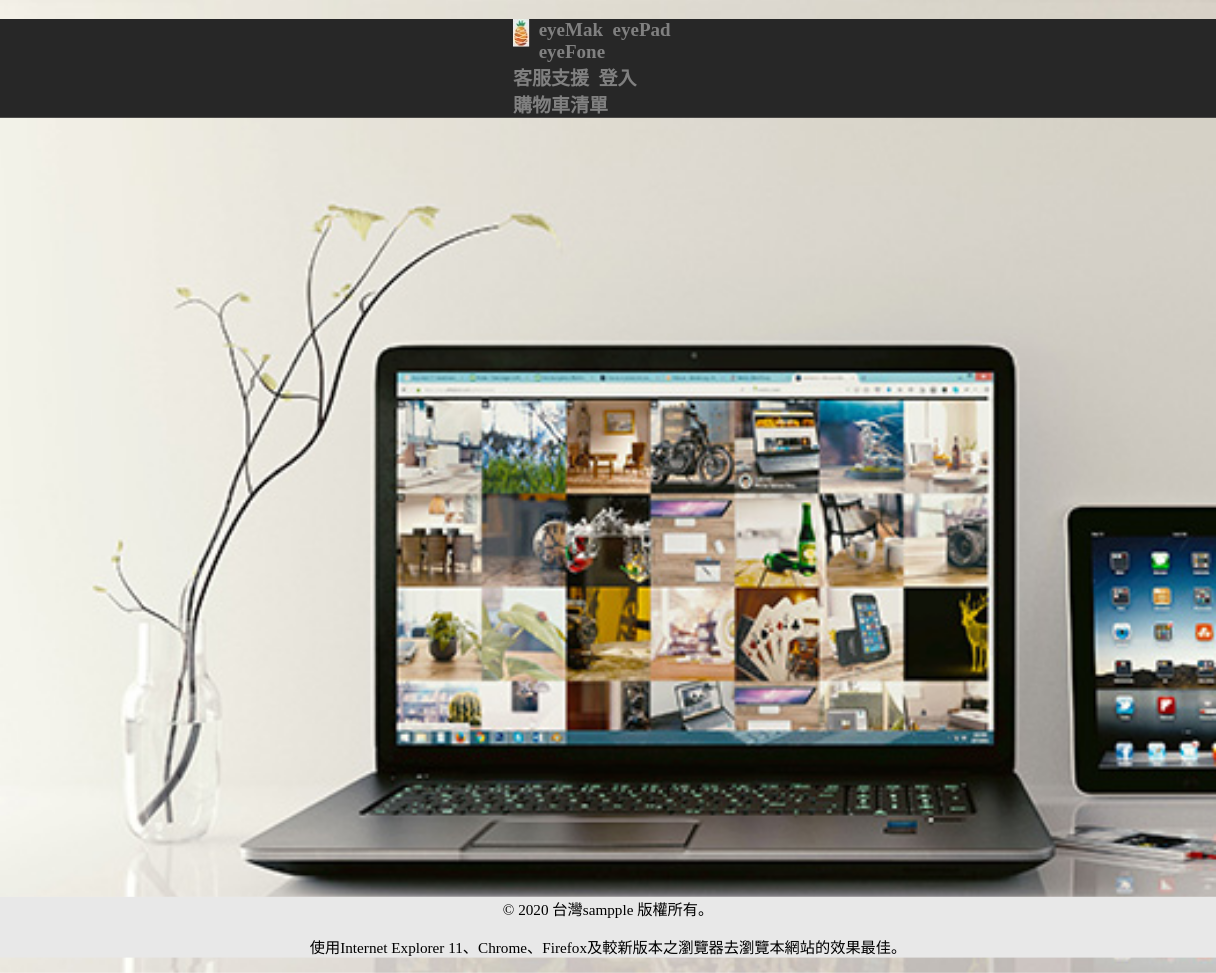
Repository: Vincent4142/NewFinalProject
Page: http://localhost/FinalProject/
An editor plug-in stored every save of this project. The page is shown before and after the next save, followed by the edit.
The browser window is 1280 px wide. The pictures show the whole page, at 95% of full size.
The page is served by Tomcat 9. Other server files are loaded and not shown.

Above is the page before, as saved 2020-04-09 06:23:40.

### FinalProject/WebContent/index.jsp
<%@ page language="java" contentType="text/html; charset=UTF-8"
	pageEncoding="UTF-8"%>

<!DOCTYPE html>
<html>
<head>
<meta charset="UTF-8">
<title>index</title>
<style type="text/css">
body {
	background-image: url(img/indexbackground.jpg);
	background-repeat: no-repeat;
	background-size: cover;
	margin: 0px;
	padding: 0px;
}
#content{
	height: 700px;
}

</style>
</head>
<body>

	<%@ include file="fragment/indexTOP.jsp"%>


	<div id="content">

	</div>




	<%@ include file="fragment/indexBOTTOM.jsp"%>
</body>
</html>

### FinalProject/WebContent/fragment/indexTOP.jsp
<%@ page language="java" contentType="text/html; charset=UTF-8"
	pageEncoding="UTF-8"%>
<!DOCTYPE html>
<html>
<head>
<meta charset="UTF-8">
<title>indexTOP</title>

<style type="text/css">
.nav {
	padding-left:500px;
	padding-right:500px;
	margin-top: 0px;
	margin-bottom:0px;
	background-color: #272727;
}
/* 主UL */
.navul {

	list-style-type: none;
	font-weight: bolder;
	font-size: 20px;
	overflow: auto;
}

.navul li {
	border-radius: 5px;
	margin-left: 0px;
	margin-right: 10px;
	float: left;
	display: block;
	position: static;
}

.navul li a {
	text-decoration: none;
	color: gray;
}

.navul li a:hover {
	color: white;
}

#navright {
	float: right;
}
</style>

</head>
<body>

	<nav class="nav" style="text-align: center;">

		<ul class="navul">
			<li><a href="index.jsp"><img alt="logo" src="img/pineapple.jpg"></a></li>
			<li><a href="eyeMakPage.jsp">eyeMak</a></li>
			<li><a href="eyePadPage.jsp">eyePad</a></li>
			<li><a href="eyeFonePage.jsp">eyeFone</a></li>

			<div id="navright">
				<li><a href="customerServicePage.jsp">客服支援</a></li>
				<li><a href="LoginPage.jsp">登入</a></li>
				<li><a href="shoppingcartPage.jsp">購物車清單</a></li>
			</div>
		</ul>

	</nav>

</body>
</html>

### FinalProject/WebContent/fragment/indexBOTTOM.jsp
<%@ page language="java" contentType="text/html; charset=UTF-8"
    pageEncoding="UTF-8"%>
<!DOCTYPE html>
<html>
<head>
<meta charset="UTF-8">
<title>indexBOTTOM</title>

<style type="text/css">

	#bottom{
		background-color:#E8E8E8;
		text-align: center;
		margin-top: 100px;
	}

</style>

</head>
<body>
	<div id="bottom">
		<p>© 2020 台灣sampple 版權所有。</p>

		<p>使用Internet Explorer 11、Chrome、Firefox及較新版本之瀏覽器去瀏覽本網站的效果最佳。</p>
	</div>
</body>
</html>

After the next save:
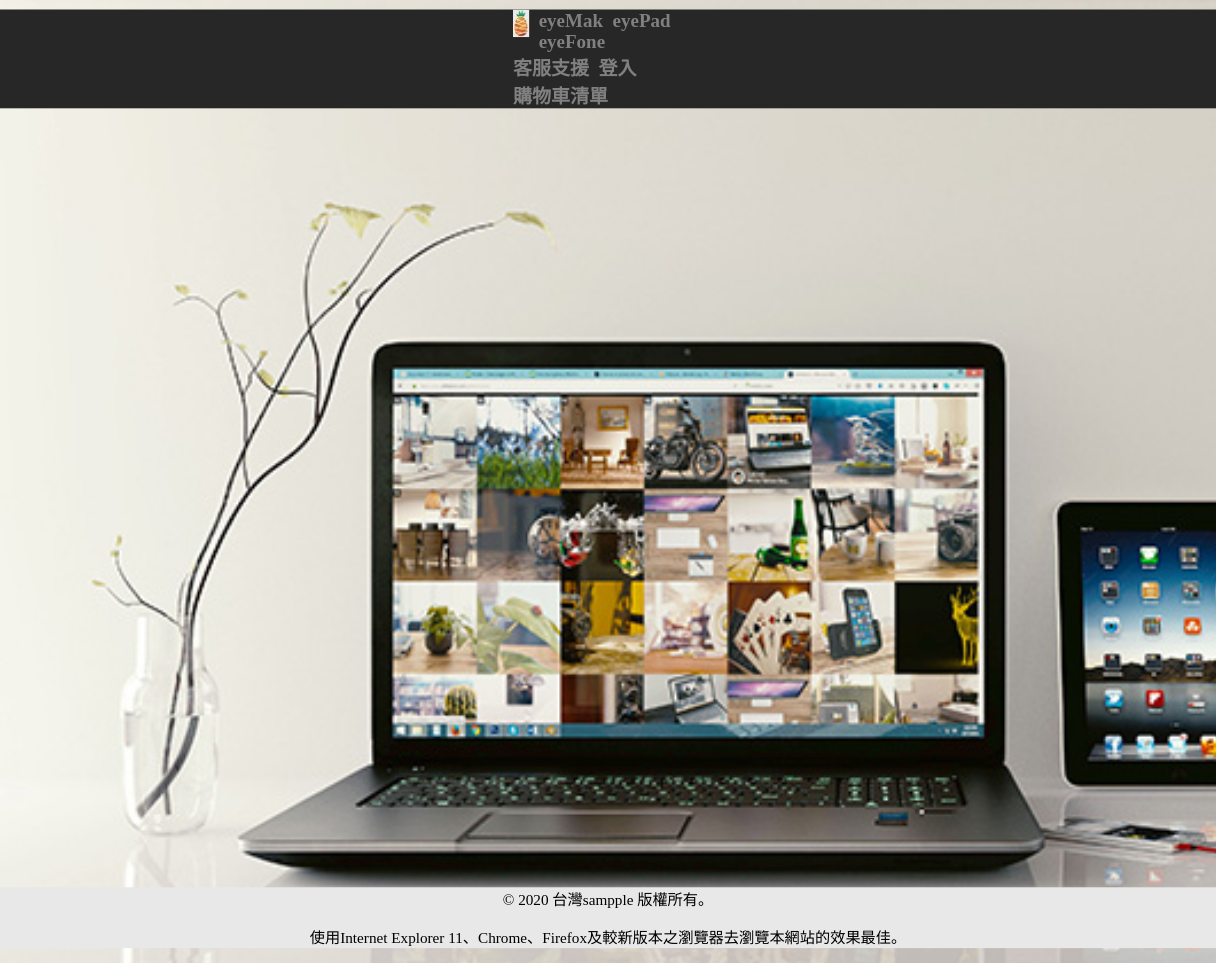
Saved 84 s later.
--- a/FinalProject/WebContent/fragment/indexTOP.jsp
+++ b/FinalProject/WebContent/fragment/indexTOP.jsp
@@ -10,7 +10,7 @@
 .nav {
 	padding-left:500px;
 	padding-right:500px;
-	margin-top: 0px;
+	margin-top: -10px;
 	margin-bottom:0px;
 	background-color: #272727;
 }
